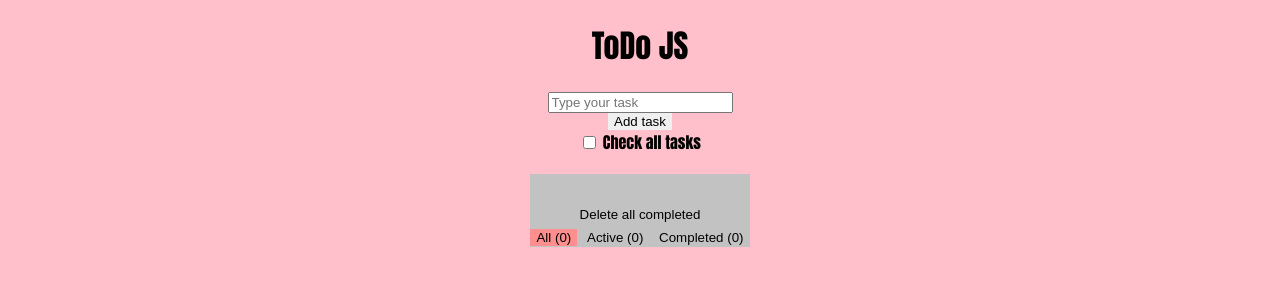
Repository: mklyagin/klyagin_todojs
Page: index.html
An editor plug-in stored every save of this project. The page is shown before and after the next save, followed by the edit.
The browser window is 1280 px wide. The pictures show the whole page.

Above is the page before, as saved 2024-02-27 17:37:45.

After the next save:
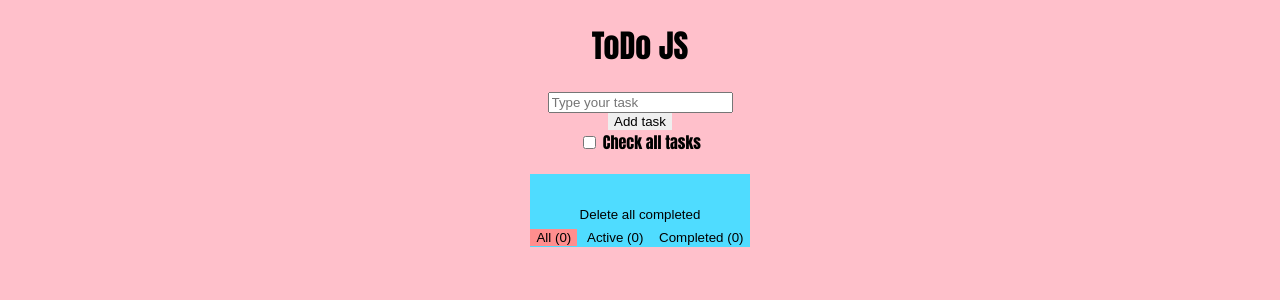
Saved 41 s later.
--- a/style.css
+++ b/style.css
@@ -28,7 +28,7 @@ li {
   flex-direction: column;
   align-items: center;
   justify-content: space-between;
-  background: #c2c2c2;
+  background: #4fdcff;
 }
 
 .task-functions > button {
